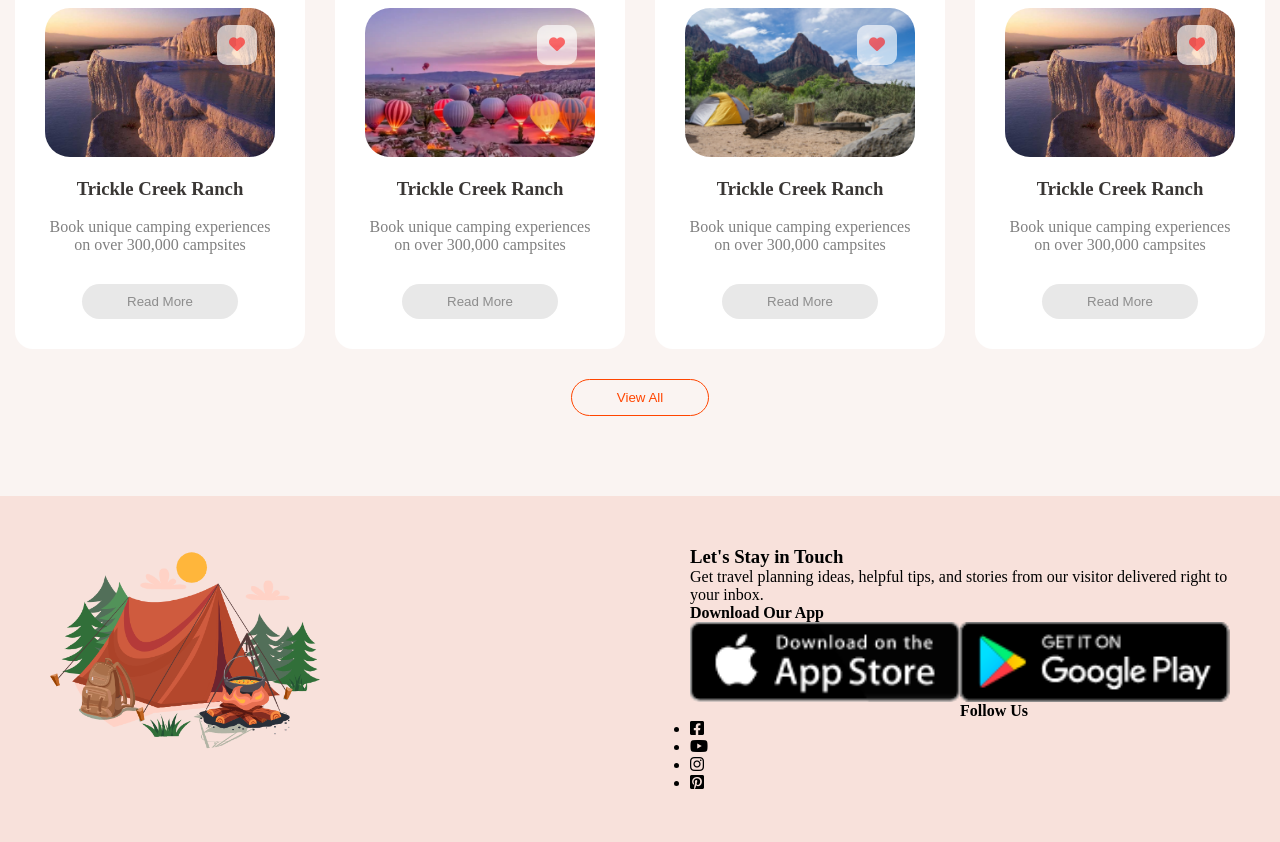
Repository: giahuy405/BC38_Camping_Pham_Gia_Huy
Page: index.html
These files come from the project's save history. The page is drawn as it stood at one moment and after the next save; the edit follows.
The browser window is 1280 px wide. The pictures show the part of the page from y = 939 to 1891 px (the page is 1781 px tall before and 1891 px after).

Above is the page before, as saved 2022-09-13 19:31:56.

### index.html
<!DOCTYPE html>
<html lang="en">
<head>
    <meta charset="UTF-8">
    <meta http-equiv="X-UA-Compatible" content="IE=edge">
    <meta name="viewport" content="width=device-width, initial-scale=1.0">
    <title>Document</title>
    <link rel="stylesheet" href="https://cdnjs.cloudflare.com/ajax/libs/font-awesome/6.2.0/css/all.min.css" integrity="sha512-xh6O/CkQoPOWDdYTDqeRdPCVd1SpvCA9XXcUnZS2FmJNp1coAFzvtCN9BmamE+4aHK8yyUHUSCcJHgXloTyT2A==" crossorigin="anonymous" referrerpolicy="no-referrer" />
    <link rel="stylesheet" href="./css/index.css">
</head>
<body>
    <header>
       <div class="header__items">
            <img src="./img/logoicon.png" alt="">
            <nav>
                <ul>
                    <li><a href="#">Home</a></li>
                    <li><a href="#">Services</a></li>
                    <li><a href="#">Destination</a></li>
                    <li><a href="#">Events</a></li>
                    <li><a href="#">Gallery</a></li>
                    <li><a href="#">Contact us</a></li>
                </ul>
            </nav>
       </div>
    </header>
    <section class="carousel">
        <img src="./img/BG.png" alt="">
    </section>
    <section class="service">
        <img src="./img/Group 313.png" alt="">
        <h1>Explore Destination & Activities</h1>
        <div class="service__cards">
            <div class="service__card">
                <div class="service__item">
                    <img src="./img/product1.png" alt="">
                    <h3>Trickle Creek Ranch</h3>
                    <p>Book unique camping experiences on over 300,000 campsites</p>
                    <button>Read More</button>
                </div>
                <div class="service__heart">
                    <i class="fa fa-heart"></i>
                </div>
            </div>
            <div class="service__card">
                <div class="service__item">
                    <img src="./img/product4.png" alt="">
                    <h3>Trickle Creek Ranch</h3>
                    <p>Book unique camping experiences on over 300,000 campsites</p>
                    <button>Read More</button>
                </div>
                <div class="service__heart">
                    <i class="fa fa-heart"></i>
                </div>
            </div>
            <div class="service__card">
                <div class="service__item">
                    <img src="./img/product5.png" alt="">
                    <h3>Trickle Creek Ranch</h3>
                    <p>Book unique camping experiences on over 300,000 campsites</p>
                    <button>Read More</button>
                </div>
                <div class="service__heart">
                    <i class="fa fa-heart"></i>
                </div>
            </div>
            <div class="service__card">
                <div class="service__item">
                    <img src="./img/product1.png" alt="">
                    <h3>Trickle Creek Ranch</h3>
                    <p>Book unique camping experiences on over 300,000 campsites</p>
                    <button>Read More</button>
                </div>
                <div class="service__heart">
                    <i class="fa fa-heart"></i>
                </div>
            </div>
            <div class="clear"></div>
        </div>
        <button class="service__final-button">View All</button>
    </section>
    <div class="contact">
        <div class="contact__items">
            <img src="./img/homeicon.png" alt="">
        </div>
        <div class="contact__items">
            <h3>Let's Stay in Touch</h3>
            <p>Get travel planning ideas, helpful tips, and stories from our visitor delivered right to your inbox.</p>
            <div class="content__item">
                <h4>Download Our App</h4>
                <img src="./img/download-on-the-app-store-apple-1.png" alt="">
                <img src="./img/google-play-badge-1.png" alt="">
            </div>
            <div class="content__item">
                <h4>Follow Us</h4>
                <ul>
                    <li><i class="fab fa-facebook-square"></i></li>
                    <li><i class="fab fa-youtube"></i></li>
                    <li><i class="fab fa-instagram"></i></li>
                    <li><i class="fab fa-pinterest-square"></i></li>
                </ul>
            </div>
        </div>
        <div class="clear"></div>
    </div>
</body>
</html>

### css/index.css
*{
    padding: 0;
    margin: 0;
    box-sizing: border-box;
}
.header__items{
    width: 90%;
    margin: 0 auto;
}
header{
    background-color: #f8e1db;
}
nav{
    margin-top: 10px;
    padding-bottom: 10px;
}
nav ul{
    list-style: none;
}
nav li{
    display: inline;
    margin-right:30px;
}
nav a{
    text-decoration: none;
    color: #43403c;
}
nav a:hover{
    color: rgb(160, 5, 5);
}
.clear{
    clear: both;
}
.carousel img{
    height: 600px;
    width: 100%;
}
.service{
    text-align: center;
    padding-top: 70px;
    background-color: #faf4f2;
  padding-bottom: 80px;
}
.service > h1{
    color: #8d8d8d;
    margin-bottom: 30px;
}
.service__cards{
    width: 100%;

}
.service__card{
    float: left;
    width: 25%;
    padding: 0 15px;
    position: relative;
}
.service__item{
    background-color: white;
    border-radius: 18px;
    padding: 30px 30px;

}
.service__item img{
    border-radius: 25px;
    width: 100%;
}
.service__heart{
    position: absolute;
    top: 47px;
    right: 63px;
    width: 40px;
    height: 40px;
    line-height: 40px;
    color: rgba(255, 0, 0, 0.555);
    background-color: rgba(255, 255, 255, 0.651);
    border-radius: 10px;
}
.service__item h3{
    line-height: 3;
    color: #3a3735;
}
.service__item p{
    color: gray;
}
.service__card button{
    padding: 10px 45px;
    background-color: #e8e8e8;
    color: #8d8d8d;
    border-radius: 20px;
    border: none;
    margin-top: 30px;
    cursor: pointer;
}
.service__card button:hover{
    background-color: #7e7e7e;
    color: white;
}
.service__final-button{
    padding: 10px 45px;
    background-color: transparent;
    color: orangered;
    border-radius: 20px;
    border: 1px solid orangered;
    margin-top: 30px;
    cursor: pointer;
}
.service__final-button:hover{
    background-color: #3a3735;
    color: white;
}
.contact{
    background-color: #f8e1db;
}
.contact img,.contact__items{
    float: left;
    width: 50%;
}
.contact__items{
    padding: 50px;
}

After the next save:
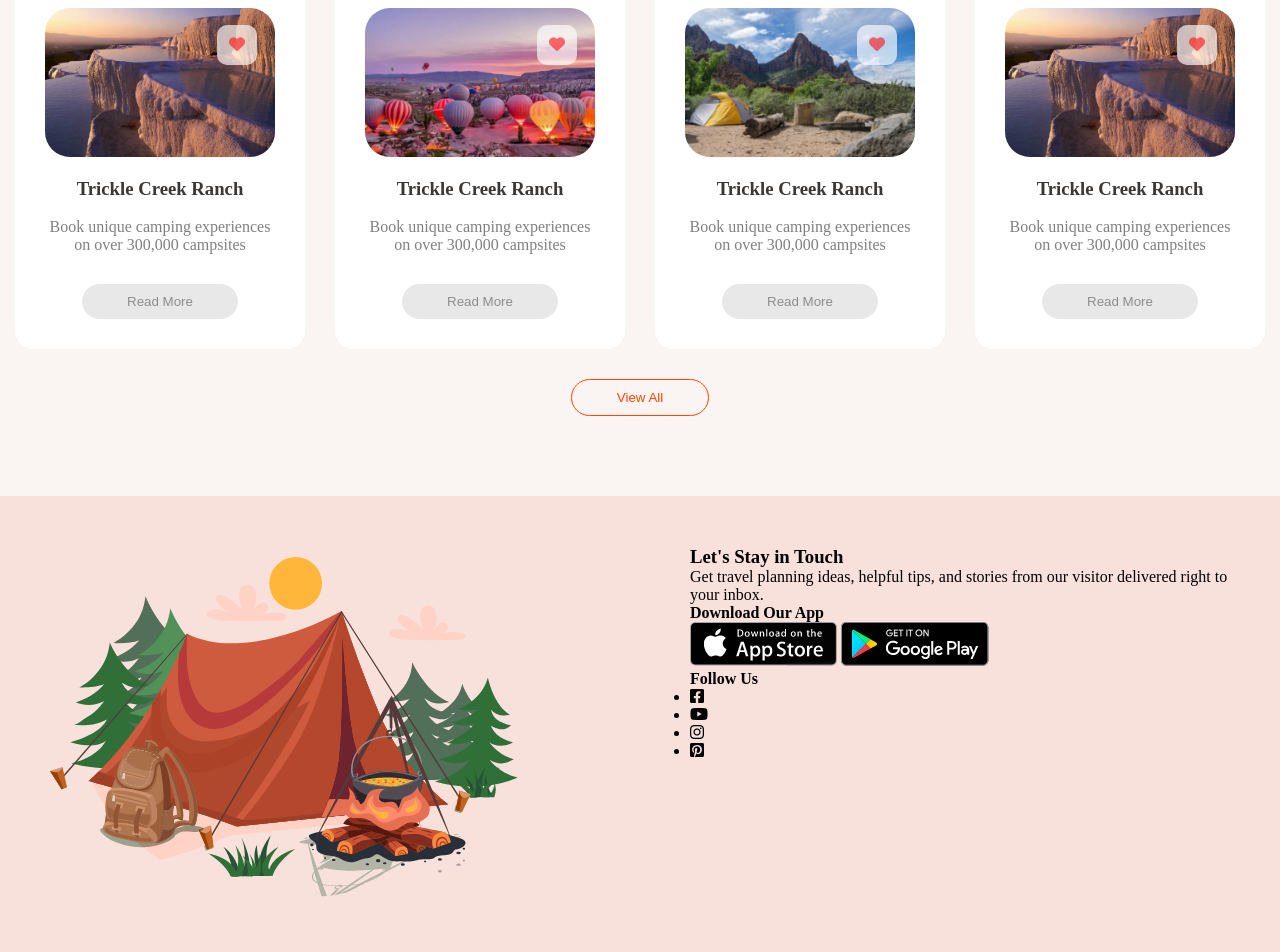
Saved 4 s later.
--- a/css/index.css
+++ b/css/index.css
@@ -112,7 +112,7 @@
 .contact{
     background-color: #f8e1db;
 }
-.contact img,.contact__items{
+.contact__items{
     float: left;
     width: 50%;
 }
